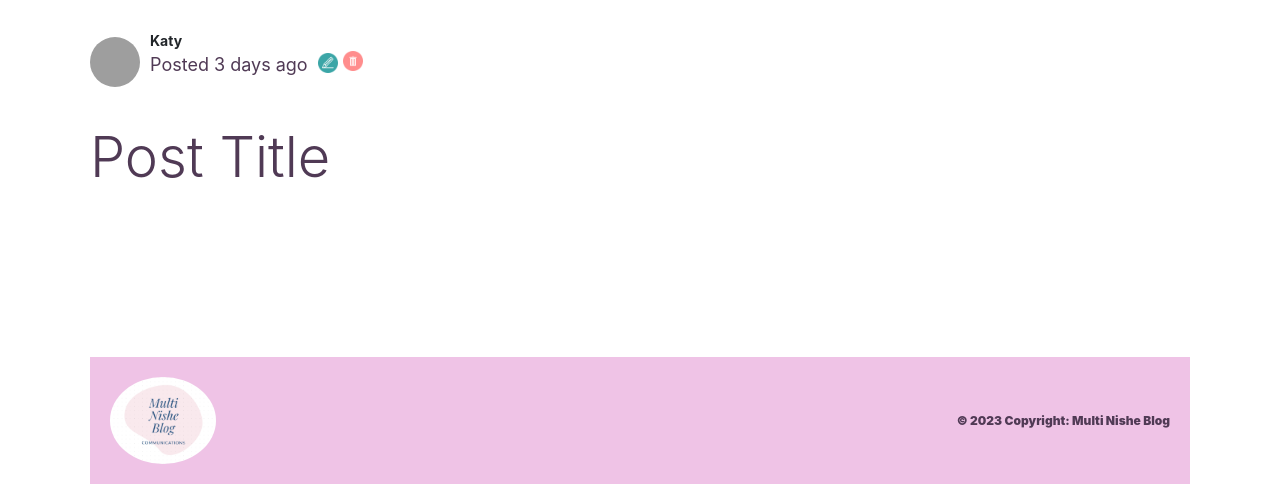
Repository: LolaSL/multi-niche-blog
Page: /post/1 (app in frontend/)
The author's editor kept a copy of each file at every save. The page is drawn from the files as they stood at one save, then again after a run of saves.
The browser window is 1280 px wide. The pictures show the part of the page from y = 439 to 950 px (the page is 923 px tall before and 950 px after).
Pictures or frames that could not be fetched are drawn as grey boxes. The project was rebuilt for these pictures with package versions that can differ from the ones it lists, and the page was loaded fresh each time. Also part of the build but not shown: frontend/src/pages/Register.jsx, frontend/src/pages/Login.jsx, frontend/src/pages/CreatePost.jsx, frontend/src/pages/Home.jsx.

Above is the page before, as saved 2023-01-29 10:37:07.

After the next 6 saves:
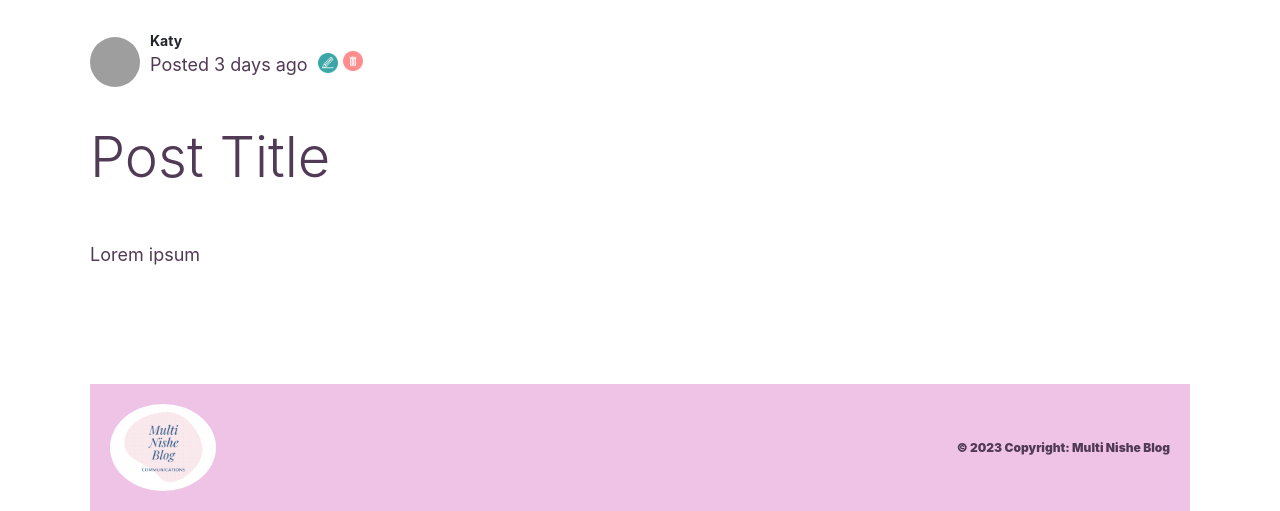
The 6 saves are shown as one change because they came seconds apart.
The last was saved 21 s later.
--- a/frontend/src/pages/Post.jsx
+++ b/frontend/src/pages/Post.jsx
@@ -31,7 +31,7 @@ const Post = () => {
 
         </div>
         <h1 className="post-title display-4">Post Title</h1>
-           <p></p>
+           <p>Lorem ipsum</p>
       </div>
       <div className="menu">m</div>
     </div>
